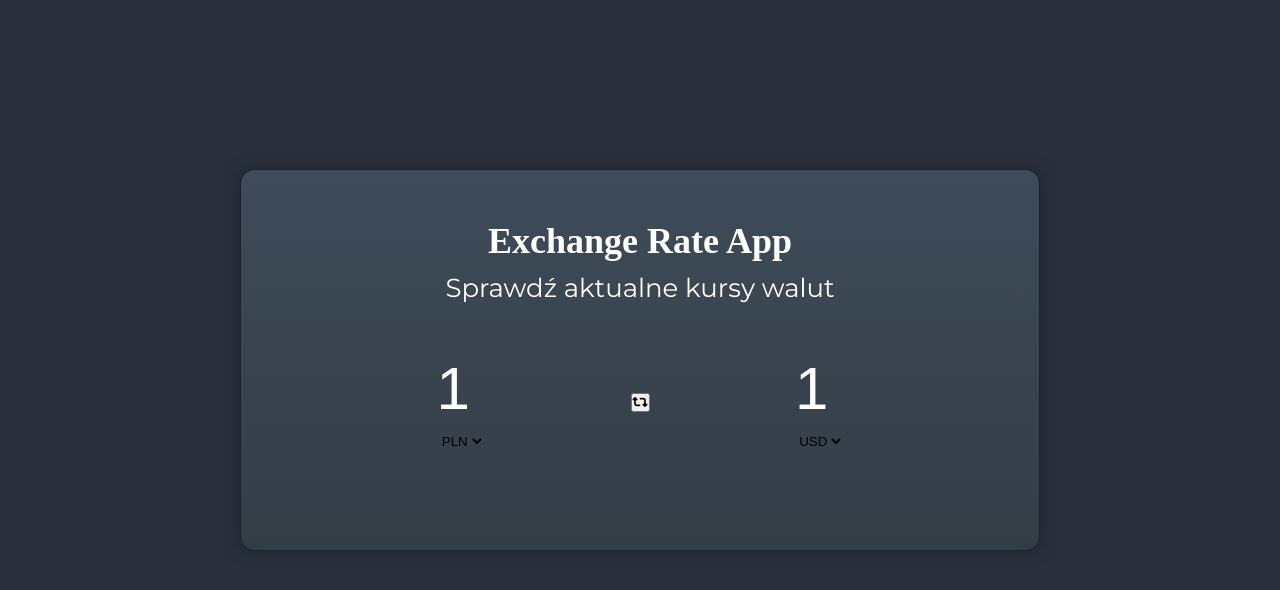
Repository: KrzysKolo/Projekt-6_Kantor
Page: index.html
These files come from the project's save history. The page is drawn as it stood at one moment and after the next save; the edit follows.
The browser window is 1280 px wide. The pictures show the whole page.
Some web fonts or font styles are not loaded; a fallback is used. Some web libraries are served in a nearby version.

Above is the page before, as saved 2020-07-12 06:13:20.

### index.html
<!DOCTYPE html>
<html lang="en">
  <head>
    <meta charset="UTF-8" />
    <meta name="viewport" content="width=device-width, initial-scale=1.0" />
    <title>Kantor</title>
    <link
      href="https://fonts.googleapis.com/css2?family=Montserrat:wght@200;400&family=Niconne&family=Vibes&display=swap"
      rel="stylesheet"
    />
    <script
      src="https://kit.fontawesome.com/327a0d490c.js"
      crossorigin="anonymous"
    ></script>

    <link rel="stylesheet" href="./css/style.css" />
  </head>
  <body>
    <div class="wrapper">
      <h1>Exchange Rate App</h1>
      <p>Sprawdź aktualne kursy walut</p>
      <div class="app-body">
        <div class="section-left">
          <input type="number" class="amount-one" value="1" />
          <select name="currency-one">
            <option value="PLN" selected>PLN</option>
            <option value="USD">USD</option>
            <option value="GBP">GBP</option>
            <option value="EUR">EUR</option>
            <option value="CHF">CHF</option>
            <option value="JPY">JPY</option>
          </select>
        </div>
        <button class="swap">
          <i class="fas fa-retweet"></i>
        </button>
        <div class="section-right">
          <input type="number" class="amount-two" value="1" />
          <select name="currency-two">
            <option value="PLN">PLN</option>
            <option value="USD" selected>USD</option>
            <option value="GBP">GBP</option>
            <option value="EUR">EUR</option>
            <option value="CHF">CHF</option>
            <option value="JPY">JPY</option>
          </select>
        </div>
      </div>
      <p class="rate-info"></p>
    </div>
    <script src="./js/index.js"></script>
  </body>
</html>

### css/style.css
* {
  box-sizing: border-box;
  margin: 0;
  padding: 0;
}
body {
  display: flex;
  justify-content: center;
  align-items: center;
  height: 100vh;

  background-color: #29303b;
}
.wrapper {
  padding: 50px;
  width: 800px;
  background-image: linear-gradient(#3f4b59, #333d46);
  color: #fff;
  text-align: center;
  border: 1px solid #1c232d;
  border-radius: 15px;
  box-shadow: 0 0 15px #1c232d;
}
.wrapper h1 {
  margin-bottom: 10px;
  font-size: 36px;
  font-family: "Vibes", cursive;
}
.wrapper p {
  margin-bottom: 50px;
  font-size: 26px;

  font-family: "Montserrat", sans-serif;
}
.app-body {
  display: flex;
  justify-content: center;
  align-items: center;
}
.section-left,
.section-right {
  display: flex;
  flex-direction: column;
  align-items: center;
}
.app-body input {
  margin-bottom: 10px;
  width: 100%;
  font-size: 60px;
}
.app-body input,
.app-body select {
  color: #fff;
  border: none;
  background: none;
  text-align: center;
}
.app-body select {
  color: #000;
}

Loaded but not shown: js/index.js (no copy from this time; the picture is the same without it)

After the next save:
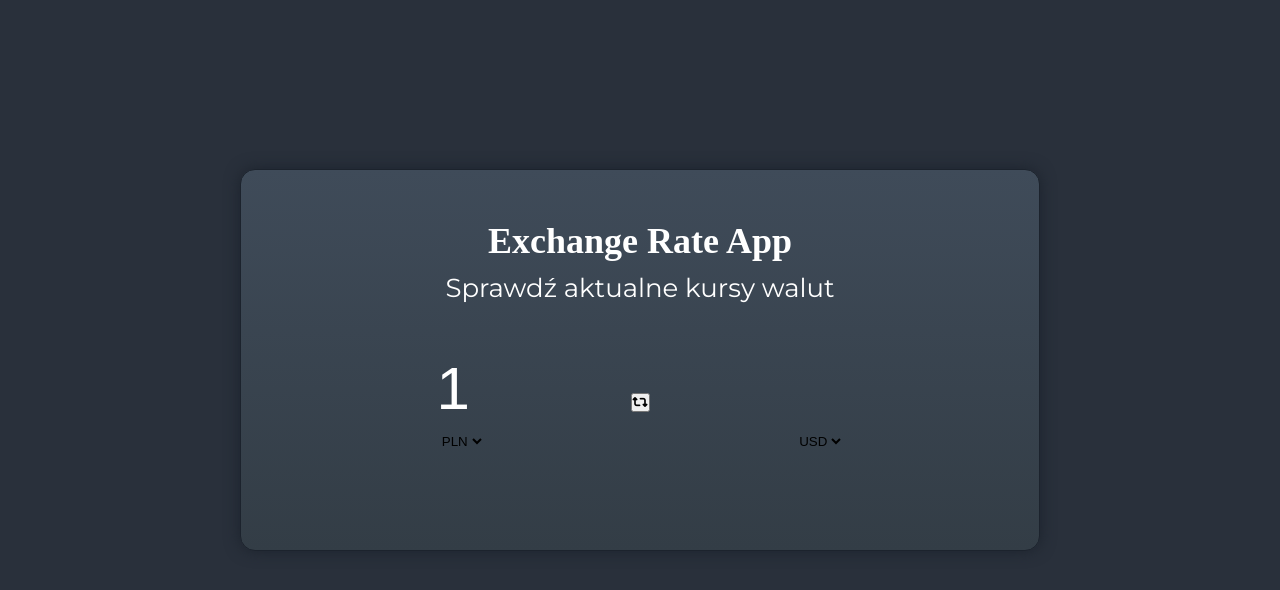
Saved 78 s later.
--- a/index.html
+++ b/index.html
@@ -35,7 +35,7 @@
           <i class="fas fa-retweet"></i>
         </button>
         <div class="section-right">
-          <input type="number" class="amount-two" value="1" />
+          <input type="number" class="amount-two" disabled />
           <select name="currency-two">
             <option value="PLN">PLN</option>
             <option value="USD" selected>USD</option>
